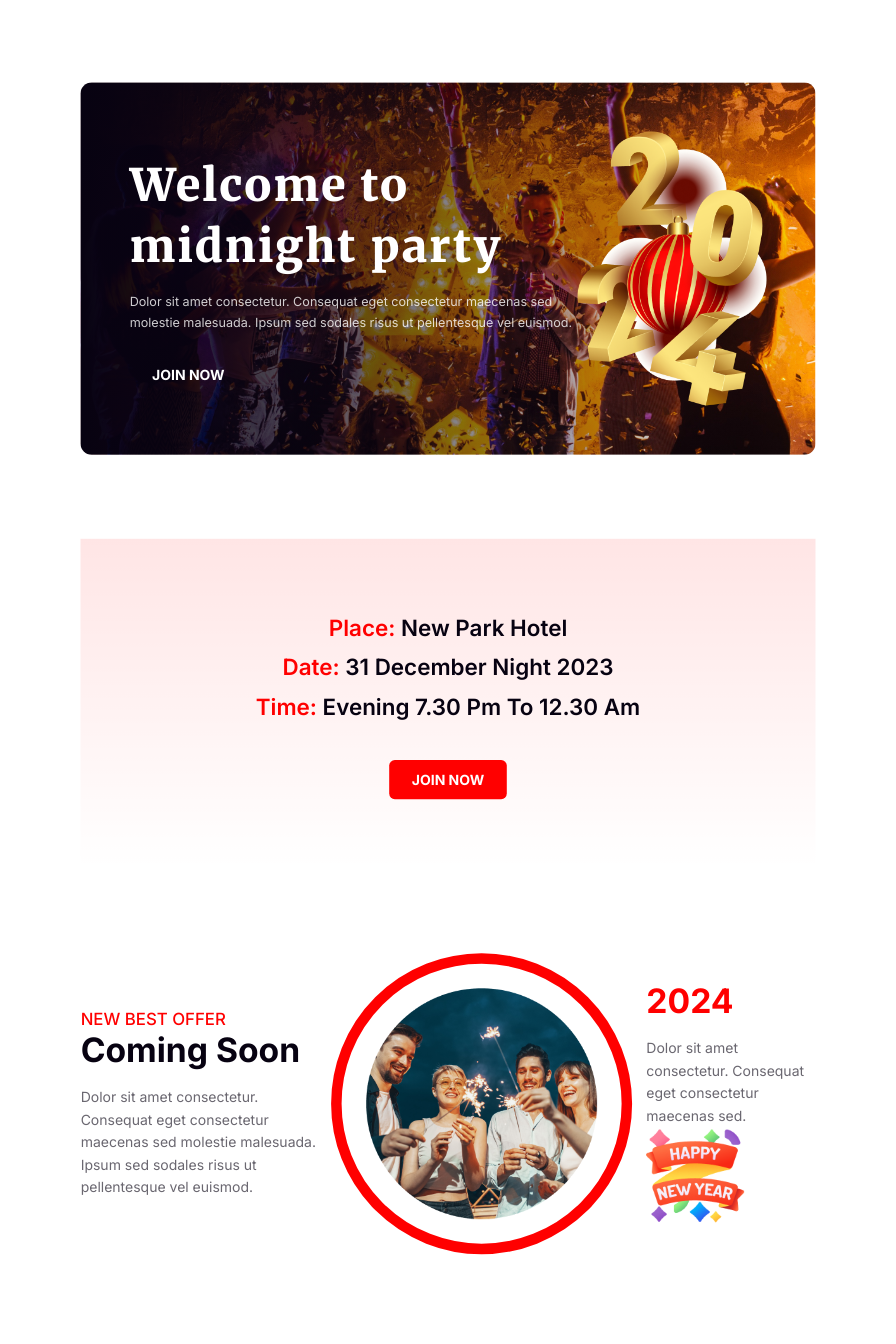
Repository: rahmatahmedrifat/First-Assignment
Page: index.html
These files come from the project's save history. The page is drawn as it stood at one moment and after the next save; the edit follows.
The browser window is 1280 px wide. The pictures show the part of the page from y = 1544 to 3464 px (the page is 3464 px tall before and 3414 px after), at 70% of full size.

Above is the page before, as saved 2024-01-08 16:45:46.

After the next save:
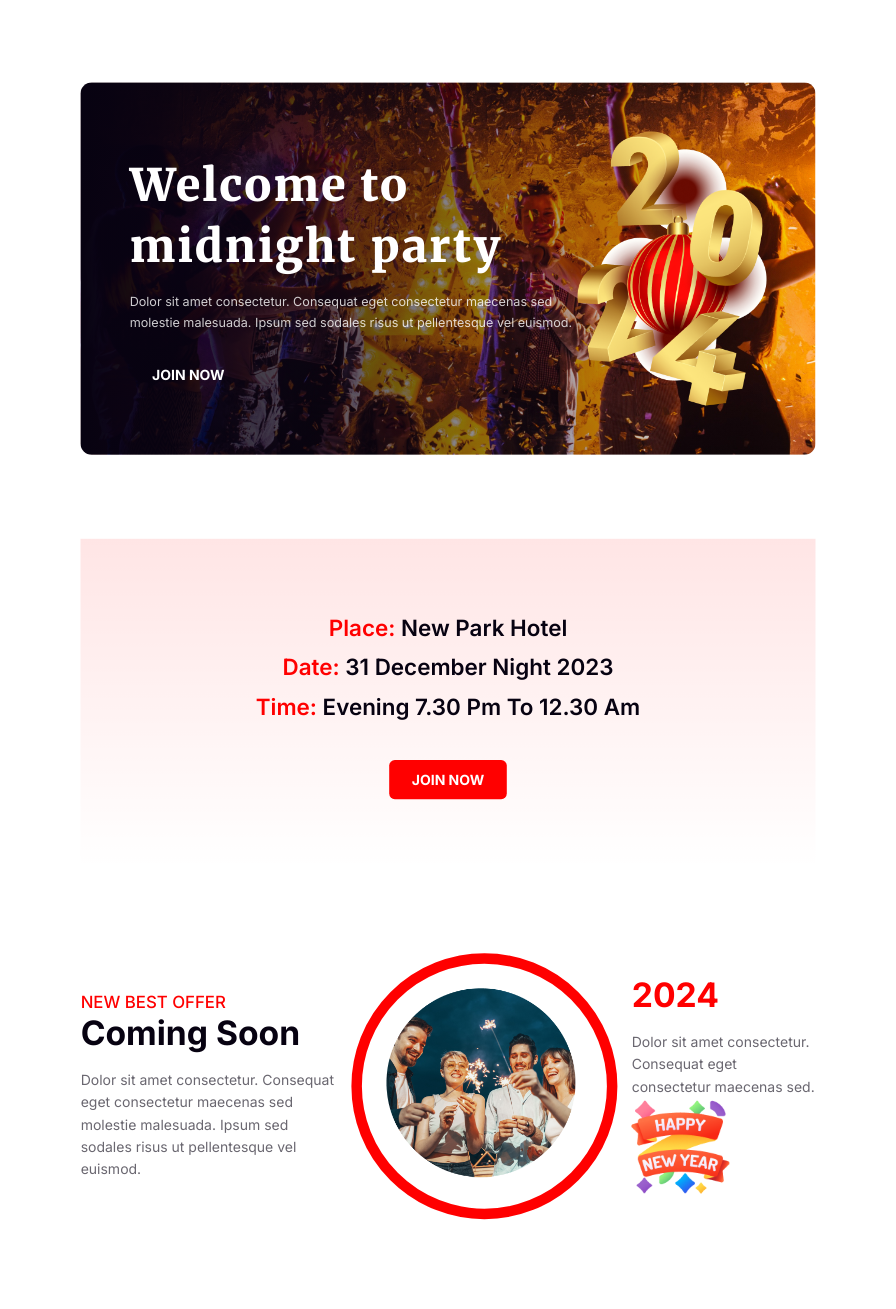
Saved 2 min 16 s later.
--- a/Style/style.css
+++ b/Style/style.css
@@ -220,8 +220,8 @@
     width: 700px;
 }
 .best-offer-img-content{
-    min-height: 400px;
-    min-width: 400px;
+    min-height: 350px;
+    min-width: 350px;
     border: 15px solid #f00;
     border-radius: 50%;
     position: relative;
@@ -230,7 +230,7 @@
 }
 .best-offer-img-content .best-offer-img{
     position: absolute;
-    width: 330px;
+    width: 270px;
     inset: 35px;
 }
 .best-offer-year{
